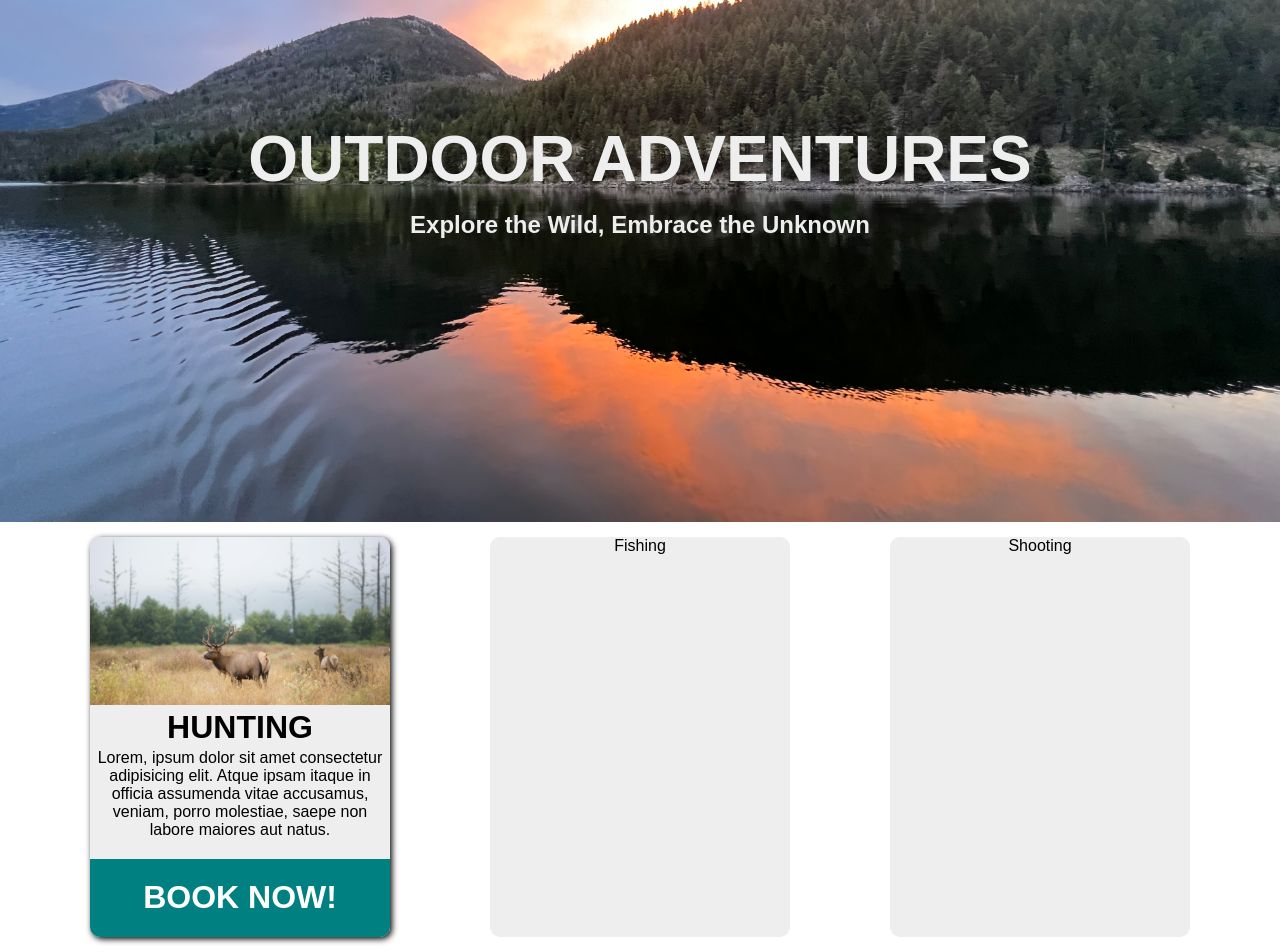
Repository: iforgotmylogin/WebDesignFinal
Page: index.html
The author's editor kept a copy of each file at every save. The page is drawn from the files as they stood at one save, then again after the next save.
The browser window is 1280 px wide. The pictures show the part of the page from y = 290 to 1242 px (the page is 1242 px tall).
A picture or video elsewhere on the page could not be fetched, so the positions and the page height are approximate.

Above is the page before, as saved 2024-04-07 18:45:28.

### index.html
<!DOCTYPE html>
<html lang="en">
<head>
    <link rel="stylesheet" href="css/global.css">
    <link rel="stylesheet" href="css/navbar.css">
    <link rel="stylesheet" href="css/dropdown.css">
    <link rel="stylesheet" href="https://cdn.jsdelivr.net/npm/aos@2.3.4/dist/aos.css">
    <link rel="stylesheet" href="css/homepage.css">
    <meta http-equiv="X-UA-Compatible" content ="IE=edge">
    <meta charset="UTF-8">
    <meta name="viewport" content="width=device-width, initial-scale=1.0">
    <title>Outdoor Adventures</title>
</head>
<body>
    <header>
        <a href="#"><img src="images/outdoor-adventure-logo-color.png" alt="Logo" class="logo"></a>
       <nav>
        <ul>
            <li>
                <a href="#">About</a>
            </li>
            <li class="dropdown">
                <a href="html/Booking.html">Booking</a>
                <div class="dropdown-content">
                    <a href="#">Hunting</a>
                    <a href="#">Fishing</a>
                    <a href="#">Shooting</a>
                    <a href="#">ATV Rental</a>
                </div>
            </li>
            <li>
                <a href="html/Reviews.html">Reviews</a>
            </li>
            <li>
                <a href="#">Careers</a>
            </li>
            <li>
                <a href="#">Contact</a>
            </li>
        </ul>
    </nav>



    </header>
    <main class="hero_image">
        <h1>Outdoor Adventures</h1>
        <h2>Explore the Wild, Embrace the Unknown</h2>
    </main>

    <div class="container">
        <a  href="#" data-aos="fade-up" class="box hunting">
            <img src="images/HuntingBackdrop.jpg" alt="Image of an Elk">
            <h1>Hunting</h1>
            <p>Lorem, ipsum dolor sit amet consectetur adipisicing elit. Atque ipsam itaque in officia assumenda vitae accusamus, veniam, porro molestiae, saepe non labore maiores aut natus.</p>
            <div class="home-booking-button">
                <h1>Book Now!</h1>
            </div>
        </a>

        <div data-aos="fade-up" class="box Fishing">Fishing</div>

        <div data-aos="fade-up" class="box Shooting">Shooting</div>
    </div>



    <!-- Use <div data-aos="fade-up"><div> for really cool animations that use this java script!! -->
    <script src="https://cdn.jsdelivr.net/npm/aos@2.3.4/dist/aos.js"></script>
    <script>
      AOS.init();
    </script>
</body>
</html>

### css/global.css
*{
    font-family: Arial, Helvetica, sans-serif;
}
.hero_image{
    position: absolute;
    z-index: 1;
    margin: 0 auto;
    justify-content: center;
    top: 0px;
    padding: 50px;
    height: 600px;
    position: relative;
    background-image: url("../images/IMG_0679.jpeg");
    background-size: cover;
    background-position: center;
}

.hero_image h1{
    font-size: 400%;
    color: #eee;
    text-transform: uppercase;
    text-align: center;
    margin: 250px 0 auto;
}

.hero_image h2{
    margin: 15px 0 auto;
    text-align: uppercase;
    text-align: center;
    color:#eee;
}

h1.global{
    text-align: center;
}

#usrReview_1{
    outline: 2px solid red; /*This is for "debugging" where the div is and how it's behaving*/

    padding: 30px;
}

#userPfp{
    float: left;
    max-width: 90%;
    width: 200px;
    margin-right: 10px; /* adds some spacing between the image and the text*/

}

### css/navbar.css
body{
    margin:0px;
}


header{
    display: flex;
    justify-content: space-between;
    background-color: #eee;
    border-bottom: 5px white;
    box-shadow: 0 0 5px rgba(0,0,0,.2);
}

header .logo{
    height: 100px;
    padding:4px;
}

header nav{
    display: flex;
    align-items: center;
}
header nav ul{
    margin: 0px;
    padding: 0px;
    text-align: right;
    display: flex;
    width: 100%;
    justify-content: end;
}
header nav ul li{
    list-style-type: none;
}

header nav ul li a{
  text-decoration: none;
  color: #666;
  font-weight: bold;
  font-size:15px;
  text-transform:uppercase;
  font-family:Helvetica, sans-serif;
  padding:49px 30px;
  transition: all .3s linear;
}
header nav ul li a:hover{
    background-color:teal;
    color:white;
}

header nav ul li a.active{
    background-color: burlywood;
}

### css/dropdown.css
.dropbtn {
    background-color: #eee;
    color: white;
    padding: 16px;
    font-size: 16px;
    border: none;
  }

  .dropdown {
    align-items: center;
    display: inline-block;
  }

  .dropdown-content {
    display: none;
    position:absolute;
    background-color: #eee;
    min-width: 136px;
    box-shadow: 0px 8px 16px 0px rgba(0,0,0,0.2);
    z-index: 1;
    top: 14%;
    z-index: 2; /* Makes the dropdown menu appear over the hero image */
  }

  /* Links inside the dropdown */
  .dropdown-content a {
    color: black;
    padding: 12px 16px;
    text-decoration: none;
    text-align: center;
    display: block;
  }

  .dropdown-content a:hover {background-color: teal;}

  .dropdown:hover .dropdown-content {display: block;}

  .dropdown:hover .dropbtn {background-color: teal;}

### css/homepage.css
*{
    margin:0;
    padding:0;
}
.container{
    position:relative;
    width: 100%;
    height: auto;
    display: flex;
    flex-direction: row;
    justify-content: center;
}
.box{
    position: relative;
    width: 300px;
    height: 400px;
    background:#eee;
    text-align: center;
    margin: 15px;
    box-sizing: border-box;
    overflow: hidden;
    margin-left: 50px;
    margin-right: 50px;
    border-radius: 10px;
}
.container a{
    text-decoration: none;
    color:black;
    box-shadow: 2px 2px 6px black;
}
.box:hover{

}
.hunting img{
    width: 100%;
}
.hunting h1{
    padding-bottom: 3px;
    text-transform: uppercase;
}
.hunting p{
    padding-bottom: 20px;
}
.home-booking-button{
    padding-top: 15px;
    padding-bottom: 20px;
    background-color: teal;
}
.home-booking-button h1{
    padding-top:5px;
    color:white;
}

After the next save:
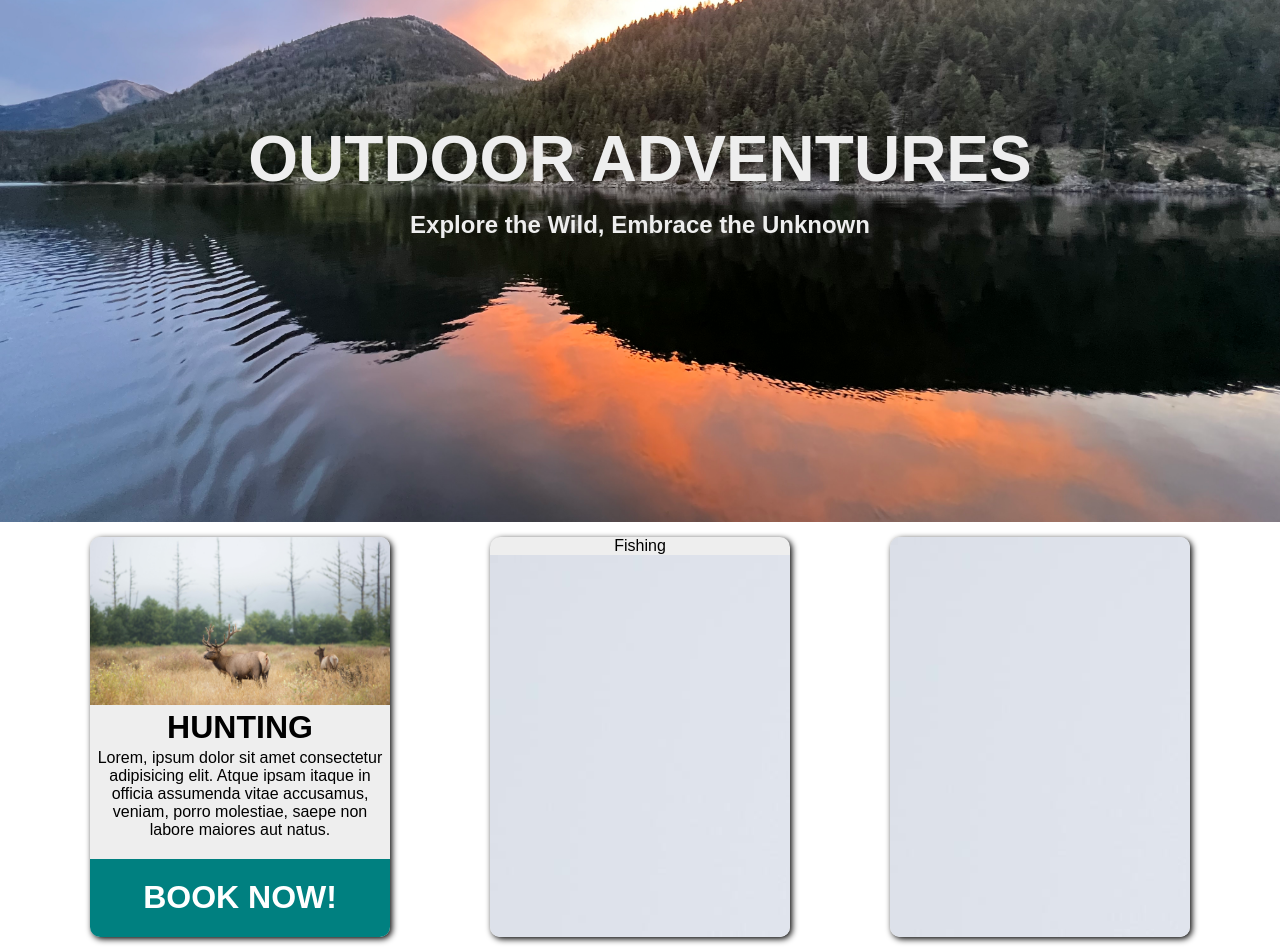
Saved 3 min 52 s later.
--- a/index.html
+++ b/index.html
@@ -58,9 +58,23 @@
             </div>
         </a>
 
-        <div data-aos="fade-up" class="box Fishing">Fishing</div>
+        <a data-aos="fade-up" class="box Fishing">Fishing
+            <img src="images/HuntingBackdrop.jpg" alt="Image of an Elk">
+            <h1>Hunting</h1>
+            <p>Lorem, ipsum dolor sit amet consectetur adipisicing elit. Atque ipsam itaque in officia assumenda vitae accusamus, veniam, porro molestiae, saepe non labore maiores aut natus.</p>
+            <div class="home-booking-button">
+                <h1>Book Now!</h1>
+            </div>
+        </a>
 
-        <div data-aos="fade-up" class="box Shooting">Shooting</div>
+        <a data-aos="fade-up" class="box Shooting">
+            <img src="images/HuntingBackdrop.jpg" alt="Image of an Elk">
+            <h1>Hunting</h1>
+            <p>Lorem, ipsum dolor sit amet consectetur adipisicing elit. Atque ipsam itaque in officia assumenda vitae accusamus, veniam, porro molestiae, saepe non labore maiores aut natus.</p>
+            <div class="home-booking-button">
+                <h1>Book Now!</h1>
+            </div>
+        </a>
     </div>
 
 
